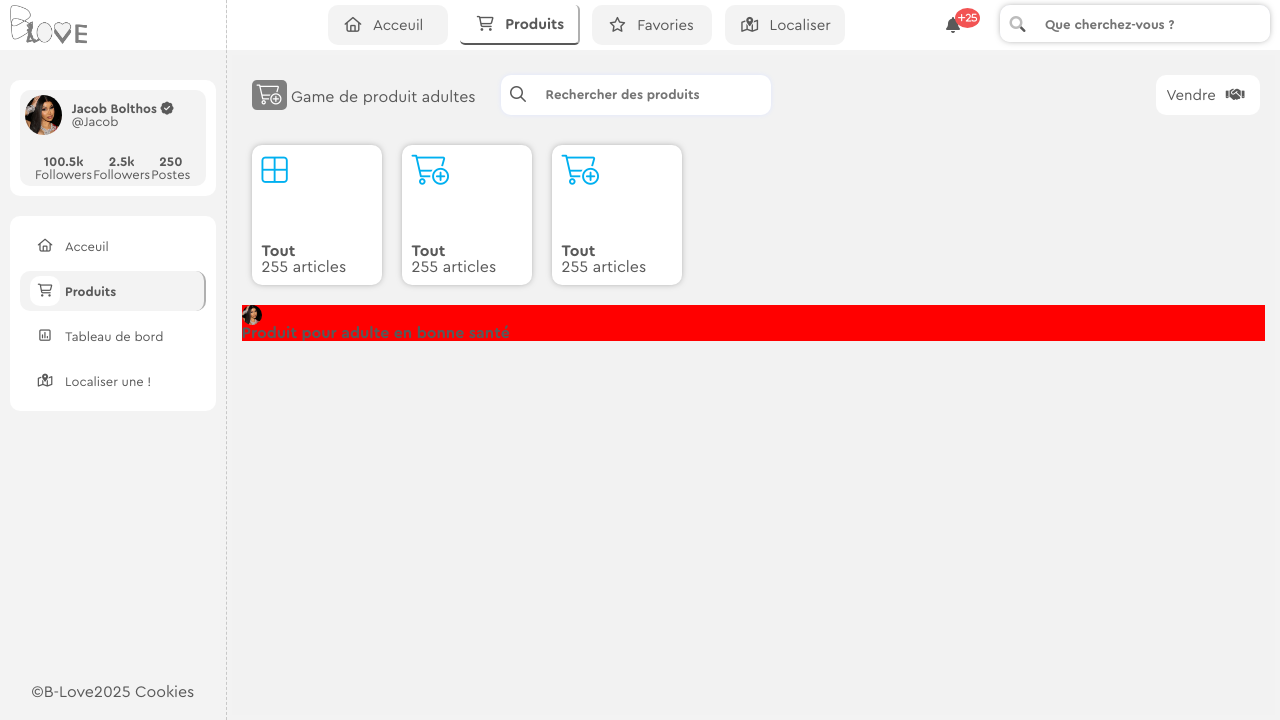
Repository: moomoony-log/b-love
Page: /home/product
An editor plug-in stored every save of this project. The page is shown before and after the next save, followed by the edit.
The browser window is 1280 px wide. The pictures show the whole page.
The project was rebuilt for these pictures with package versions that can differ from the ones it lists, and the page was loaded fresh each time. Also part of the build but not shown: vite.config.ts, src/rules/legacy.tsx, src/rules/privacy.tsx, src/view/auth.tsx, src/view/main/acceuil.tsx, src/view/main/dashbord.tsx, src/view/main/info-account.tsx, src/view/main/account.tsx and 1 more.

Above is the page before, as saved 2025-10-02 16:16:48.

After the next save:
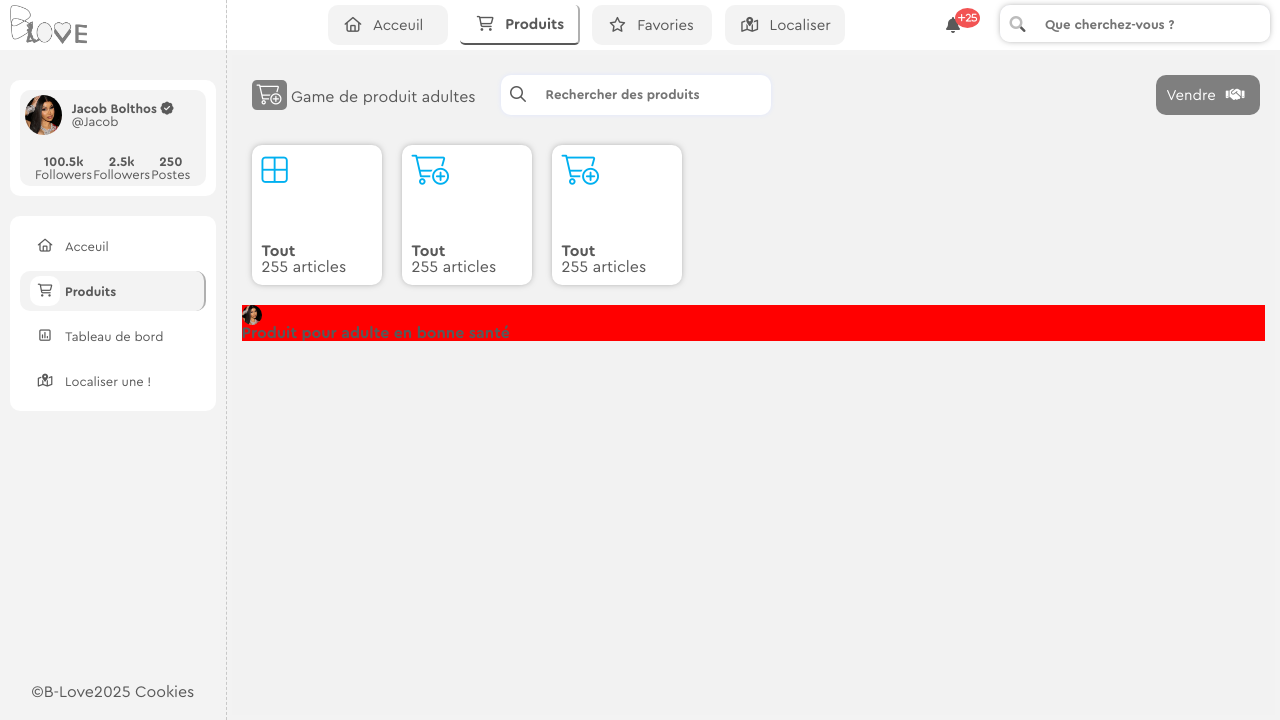
Saved 32 s later.
--- a/src/view/main/product.tsx
+++ b/src/view/main/product.tsx
@@ -18,7 +18,7 @@ const Product = () => {
                 <span><i className="fa-light fa-cart-circle-plus"></i> Game de produit adultes</span>
                 <Input icon="fa-regular fa-magnifying-glass" type="text" placeholder="Rechercher des produits" />
            </div>
-           <Button children={false} to={false} type="button" name="Vendre" icon="fa-solid fa-handshake" border/>
+           <Button children={false} to={false} type="button" name="Vendre" icon="fa-solid fa-handshake" border color="gray" />
         </div>
         <div className="product-category">
             <div className="category-item">
